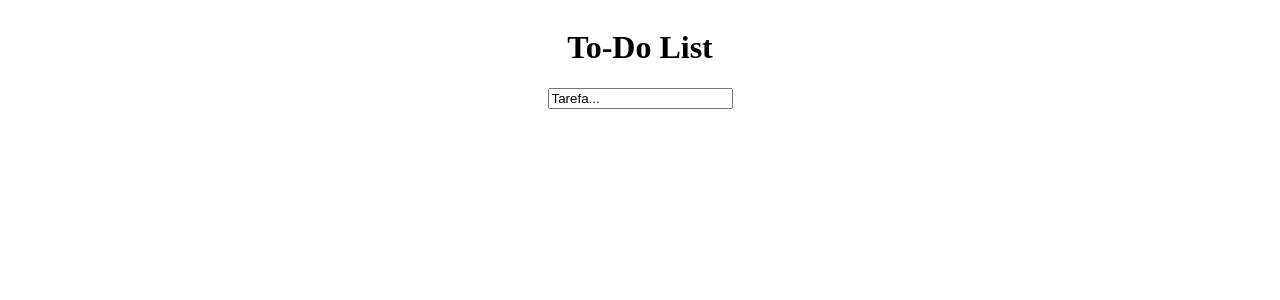
Repository: PetersonAntonyDev/python-flask-
Page: index.html
These files come from the project's save history. The page is drawn as it stood at one moment and after the next save; the edit follows.
The browser window is 1280 px wide. The pictures show the whole page.

Above is the page before, as saved 2022-07-26 10:02:36.

After the next save:
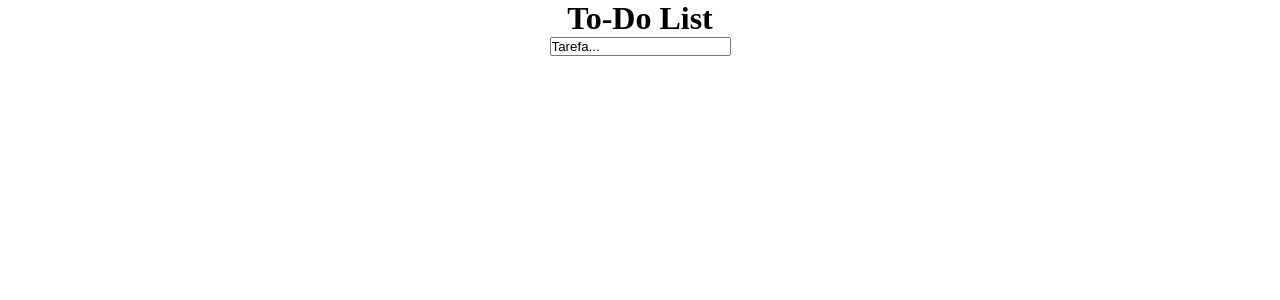
Saved 20 s later.
--- a/style.css
+++ b/style.css
@@ -1,3 +1,8 @@
+* {
+    margin: 0;
+    padding: 0;
+}
+
 body{
     display: flex;
     justify-content: center;
